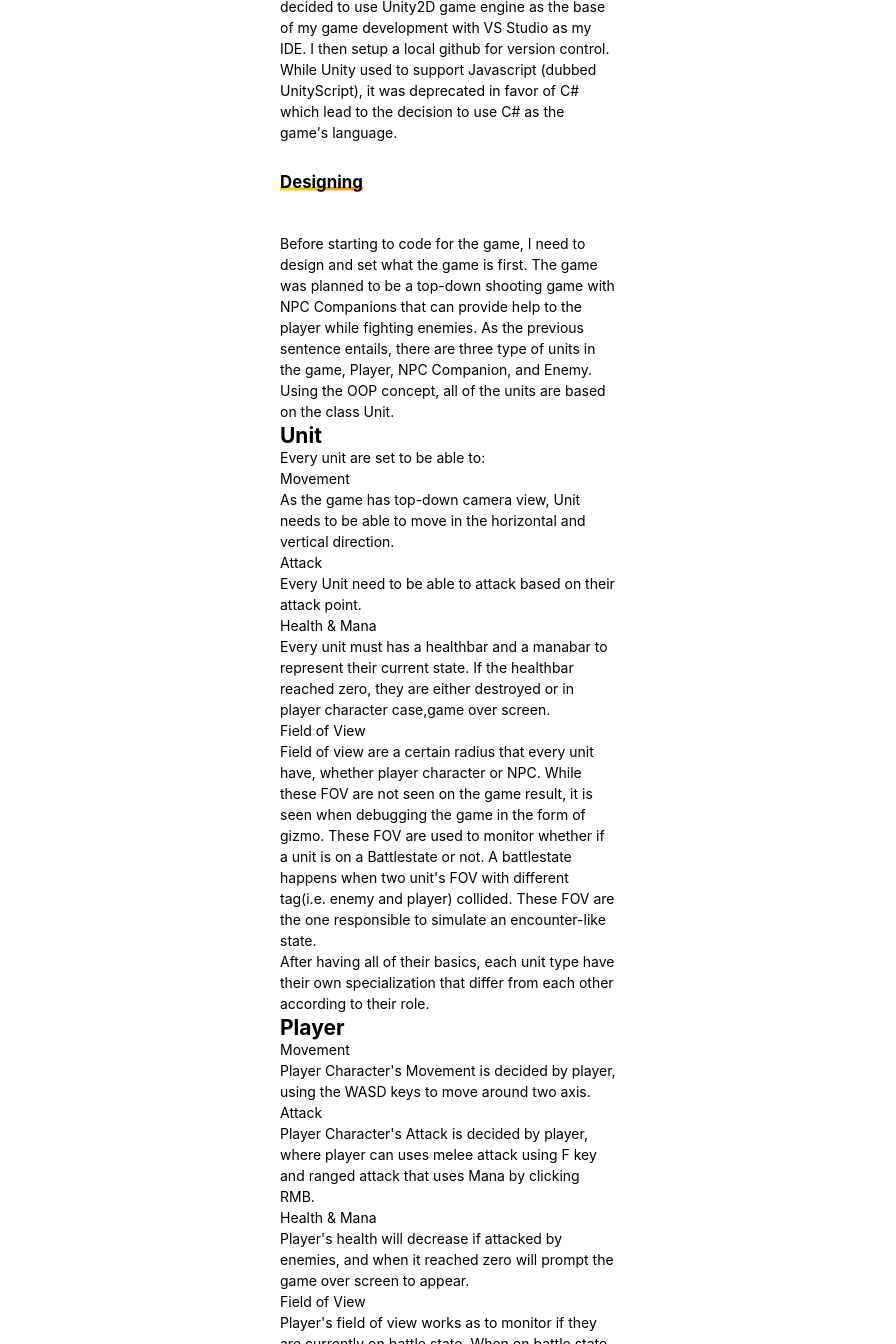
Repository: thortato/thortato.github.io
Page: /IntotheForest
An editor plug-in stored every save of this project. The page is shown before and after a run of saves, followed by the edit.
The browser window is 1280 px wide. The pictures show the part of the page from y = 1003 to 2923 px (the page is 5550 px tall before and 5538 px after), at 70% of full size.
The project was rebuilt for these pictures with package versions that can differ from the ones it lists, and the page was loaded fresh each time. Also part of the build but not shown: src/App.css, src/Components/Sidebar.css, src/Pages/Sidebar.js, src/Components/HeroImage.js, src/Pages/HeroSection.js, src/Pages/About.js, src/Components/Card.js, src/Pages/Works.js and 3 more.

Above is the page before, as saved 2023-10-03 13:10:54.

### public/index.html
<!DOCTYPE html>
<html lang="en">
  <head>
    <meta charset="utf-8" />
    <link rel="icon" href="%PUBLIC_URL%/favicon.ico" />
    <meta name="viewport" content="width=device-width, initial-scale=1" />
    <meta name="theme-color" content="#000000" />
    <meta
      name="description"
      content="Web site created using create-react-app"
    />
    <link rel="apple-touch-icon" href="%PUBLIC_URL%/logo192.png" />
    <!--
      manifest.json provides metadata used when your web app is installed on a
      user's mobile device or desktop. See https://developers.google.com/web/fundamentals/web-app-manifest/
    -->
    <link rel="manifest" href="%PUBLIC_URL%/manifest.json" />
    <!--
      Notice the use of %PUBLIC_URL% in the tags above.
      It will be replaced with the URL of the `public` folder during the build.
      Only files inside the `public` folder can be referenced from the HTML.

      Unlike "/favicon.ico" or "favicon.ico", "%PUBLIC_URL%/favicon.ico" will
      work correctly both with client-side routing and a non-root public URL.
      Learn how to configure a non-root public URL by running `npm run build`.
    -->
    <title>Javic's Portfolio Site</title>
  </head>
  <body>
    <noscript>You need to enable JavaScript to run this app.</noscript>
    <div id="root"></div>
    <!--
      This HTML file is a template.
      If you open it directly in the browser, you will see an empty page.

      You can add webfonts, meta tags, or analytics to this file.
      The build step will place the bundled scripts into the <body> tag.

      To begin the development, run `npm start` or `yarn start`.
      To create a production bundle, use `npm run build` or `yarn build`.
    -->
  </body>
</html>

### src/index.css


body {
  margin: 0;
  font-family: -apple-system, BlinkMacSystemFont, 'Segoe UI', 'Roboto', 'Oxygen',
    'Ubuntu', 'Cantarell', 'Fira Sans', 'Droid Sans', 'Helvetica Neue',
    sans-serif;
  -webkit-font-smoothing: antialiased;
  -moz-osx-font-smoothing: grayscale;
}

code {
  font-family: source-code-pro, Menlo, Monaco, Consolas, 'Courier New',
    monospace;
}

@tailwind base;
@tailwind components;
@tailwind utilities;
@import url('https://fonts.googleapis.com/css2?family=Inter:wght@400;600&display=swap');

### src/Pages/Works/Work_IntotheForest.js
import "./works.css";
import { Link } from "react-router-dom";
import ItFIllustration from "./../../Assets/Image/ItFImage.jpg";

export function WorkIntotheForest() {
  return (
    <div>
      <div className="relative">
        {/* Image */}
        <img
          className="brightness-50 w-full md:h-96"
          src={ItFIllustration}
          alt="Hero Illustration"
        />

        {/* Text */}
        <div className="absolute top-8 md:top-32 left-0 right-0 text-center white-text font-bold">
          <h1>Into the Forest</h1>
          <p>2D Short Action RPG With AI Controller Companion</p>
          <p>October 2021 - April 2022</p>
        </div>
      </div>

      <div className="flex flex-col gap-10 px-5 md:px-[400px] mt-10">
        <div>
          <p>
            For my final year project as requirement to graduate from
            Universitas Sumatera Utara, I decided to create a game with NPC
            companions to help player as I was inspired by the game I was
            playing then, Dragon Age.
          </p>
        </div>

        <div>
          <h1>My Role</h1>
          <p>
            As this was my final year project, I am the sole developer of this
            project with the help of Brackey's Community Discord and Aron
            Granberg's A* Pathfinding Projects.
          </p>
          <p>My journey to develop this game starts with:</p>
        </div>
        <div>
          <h2 className="text-3xl font-bold md:mb-14">
            <span className="highlight">Setup</span>
          </h2>
          <p>
          As I was quite acquainted with Unity at the time, I decided to use Unity2D game engine as the base of my game development with VS Studio as my IDE.
                    I then setup a local github for version control. While Unity used to support Javascript (dubbed UnityScript), it was deprecated in favor of C#
                    which lead to the decision to use C# as the game's language.
          </p>
        </div>
        <div>
          <h2 className="text-2xl font-bold md:mb-14">
            <span className="highlight">Designing</span>
          </h2>
          <p>
                    Before starting to code for the game, I need to design and set what the game is first.
                    The game was planned to be a top-down shooting game with NPC Companions that can provide help to the player while fighting enemies.
                    As the previous sentence entails, there are three type of units in the game, Player, NPC Companion, and Enemy.
                    Using the OOP concept, all of the units are based on the class Unit.
                    </p>
                    <h2 className="text-3xl font-bold">Unit</h2>
                    <p>Every unit are set to be able to:
                        <ul>
                            <li>Movement</li>
                            As the game has top-down camera view, Unit needs to be able to move in the horizontal and vertical direction.
                            <li>Attack</li>
                            Every Unit need to be able to attack based on their attack point.
                            <li>Health & Mana</li>
                            Every unit must has a healthbar and a manabar to represent their current state. If the healthbar reached zero, they are either destroyed or in player character case,game over screen.
                            <li>Field of View</li>
                            Field of view are a certain radius that every unit have, whether player character or NPC. While these FOV are not seen on the game result, it is seen when debugging the game in the form of gizmo.
                            These FOV are used to monitor whether if a unit is on a Battlestate or not. A battlestate happens when two unit's FOV with different tag(i.e. enemy and player) collided.  These FOV are the one
                            responsible to simulate an encounter-like state.
                        </ul>
                    </p>
                    <p>
                        After having all of their basics, each unit type have their own specialization that differ from each other according to their role.
                    </p>
                    <h2 className="text-3xl font-bold">Player</h2>
                    <p>
                        <ul>
                            <li>Movement</li>
                            Player Character's Movement is decided by player, using the WASD keys to move around two axis.
                            <li>Attack</li>
                            Player Character's Attack is decided by player, where player can uses melee attack using F key and ranged attack that uses Mana by clicking RMB.
                            <li>Health & Mana</li>
                            Player's health will decrease if attacked by enemies, and when it reached zero will prompt the game over screen to appear.
                            <li>Field of View</li>
                            Player's field of view works as to monitor if they are currently on battle state. When on battle state, player's mana can't regenerate.
                        </ul>
                    </p>
                    <h2 className="text-3xl font-bold">NPC Companion</h2>
                    <p>
                        <ul>
                            <li>Movement</li>
                            As NPC Companion is not controlled by player, they rely on pathfinding to navigate environment.
                            <li>Attack</li>
                            NPC Companion is able to use a basic attack and a skill attack. They can alternate between these two attack using fuzzy logic-based AI.
                            <li>Health & Mana</li>
                            NPC Companion's health will decrease if attacked by enemies and will be destroyed upon reaching zero. However moving to next stage will cause
                            NPC Companion to respawn back fully healed.
                            <li>Field of View</li>
                            NPC Companion's field of view works as way for the NPC Companion to sense the environment
                             and will make decision based on what is on their field of view. NPC Companion will immediately become hostile against enemy upon detecting them.

                        </ul>
                    </p>
                    <h2 className="text-3xl font-bold">Enemy</h2>
                    <p>
                        <ul>
                            <li>Movement</li>
                            Same as NPC Companion, they rely on pathfinding to navigate environment. However, they are able
                            to patrol if not on the FOV of Player or NPC Companions.
                            <li>Attack</li>
                            Enemy is only able to use basic attack.
                            <li>Health & Mana</li>
                            Enemy is have health and will be destroyed upon having their health reach zero.
                            <li>Field of View</li>
                            Enemy will immediately turn hostile upon detecting Player or NPC Companion.
                        </ul>
                    </p>
        </div>
        <div>
          <h2 className="text-3xl font-bold md:mb-14">
            <span className="highlight">Iterate</span>
          </h2>
          <p>
            While the reference found in Pinterest was fine for the earlier
            level building, things started to get complicated when designing the
            higher levelled building. Higher levelled building were designed to
            look more complex to make the player feel the progression they made
            when upgrading buildings.
          </p>
          <p>
            These complexity of course, runs against the aforementioned low-poly
            style. We decided to use SimCity as example for higher levelled
            building while slightly compensating the complexity for a more
            casual low-poly style.
          </p>
          {/* <img src={ComparisonIllustration} alt="Comparison" className="p-5" /> */}
        </div>
        <div>
          <h2 className="text-3xl font-bold md:mb-14">
            <span className="highlight">Result</span>
          </h2>
          <p>
            Over the course of three months, I created approximately 65 assets
            for the game, each crafted with shading, texturing and lighting
            effects. Additionally, I've also created six character portraits
            intended for in-game uses.
          </p>
          <p>
            However, as the hype surrounding NFTs and crypto dwindled down, this
            project was sadly suspended indefinitely. Nevertheless, as my first
            project I am grateful for the experience gained and the opportunity
            to enhance my 3D skills through my involvement in the Alterland
            project.
          </p>

          <img src={ItFIllustration} alt="Epilogue" className="p-5 mb-20" />
        </div>
      </div>
    </div>

  );
}

### src/Pages/Works/works.css
.hero-banner{
    height: 25rem;
    width: 100vw;
    filter: brightness(50%);
}

.text{
    position: absolute;
    top: 0;
    bottom: 0;
    left: 0;
    right: 0;
    display: flex;
    align-items: center;
    color: #f2f2f2;
    flex-direction: column;
    filter: drop-shadow(10px 10px 10px #404040);
}

.text > h1{
    font-size: 6rem;
    margin-bottom: 0px;
}

.text > p{
    font-size: 1rem;
    margin: 0px auto;

}


.description-container{
    display: flex;
    flex-direction: column;
    justify-content: center;
    align-items: center;

}

.text-container{
    display: flex;
    flex-direction: column;
    padding: 0 6rem;
    justify-content: center;
    /* align-items: center; */
    /* flex: 7; */

}

/* .section-row{
    display: flex;
    flex-direction: row;
    justify-items: center;
    height: auto;
    padding: 10px;
    width: 1000px;
} */

.section-column{
    display: flex;
    flex-direction: column;
    justify-content: center;
    height: auto;
    padding: 10px;
    width: 60rem;
}

.image{
    margin: 5rem;
    z-index: 5;
}

.work-header{
    position: relative;
}

.highlight{
    background-image: linear-gradient(120deg, #ffd500 0%, #ff8605 100%);
    background-repeat: no-repeat;
    background-size: 100% 0.2em;
    background-position: 0 88%;
}

.white-text{
    color: white;
}

Loaded but not shown: src/reportWebVitals.js (common file); src/ScrolltoTop.js (common file); src/App.js (32 lines, source omitted); src/index.js (21 lines, source omitted); src/Pages/Footer.js (24 lines, source omitted); tailwind.config.js (17 lines, source omitted); src/Components/Content.css (458 lines, source omitted)

After the next 5 saves:
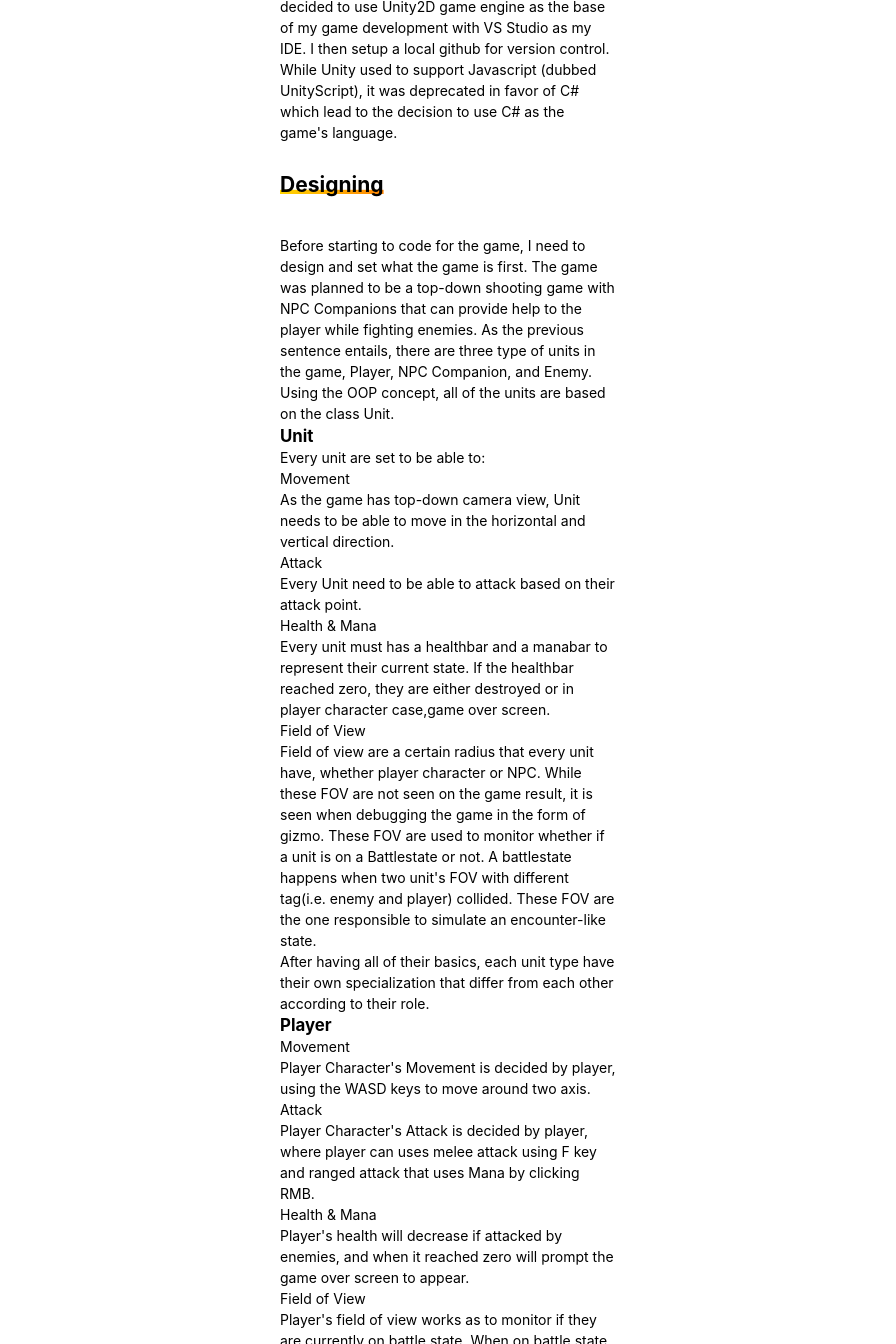
The 5 saves are shown as one change because they came seconds apart.
The last was saved 17 s later.
--- a/src/Pages/Works/Work_IntotheForest.js
+++ b/src/Pages/Works/Work_IntotheForest.js
@@ -51,7 +51,7 @@
           </p>
         </div>
         <div>
-          <h2 className="text-2xl font-bold md:mb-14">
+          <h2 className="text-3xl font-bold md:mb-14">
             <span className="highlight">Designing</span>
           </h2>
           <p>
@@ -60,7 +60,7 @@
                     As the previous sentence entails, there are three type of units in the game, Player, NPC Companion, and Enemy.
                     Using the OOP concept, all of the units are based on the class Unit.
                     </p>
-                    <h2 className="text-3xl font-bold">Unit</h2>
+                    <h2 className="text-2xl font-bold">Unit</h2>
                     <p>Every unit are set to be able to:
                         <ul>
                             <li>Movement</li>
@@ -78,7 +78,7 @@
                     <p>
                         After having all of their basics, each unit type have their own specialization that differ from each other according to their role.
                     </p>
-                    <h2 className="text-3xl font-bold">Player</h2>
+                    <h2 className="text-2xl font-bold">Player</h2>
                     <p>
                         <ul>
                             <li>Movement</li>
@@ -91,7 +91,7 @@
                             Player's field of view works as to monitor if they are currently on battle state. When on battle state, player's mana can't regenerate.
                         </ul>
                     </p>
-                    <h2 className="text-3xl font-bold">NPC Companion</h2>
+                    <h2 className="text-2xl font-bold">NPC Companion</h2>
                     <p>
                         <ul>
                             <li>Movement</li>
@@ -107,7 +107,7 @@
 
                         </ul>
                     </p>
-                    <h2 className="text-3xl font-bold">Enemy</h2>
+                    <h2 className="text-2xl font-bold">Enemy</h2>
                     <p>
                         <ul>
                             <li>Movement</li>
